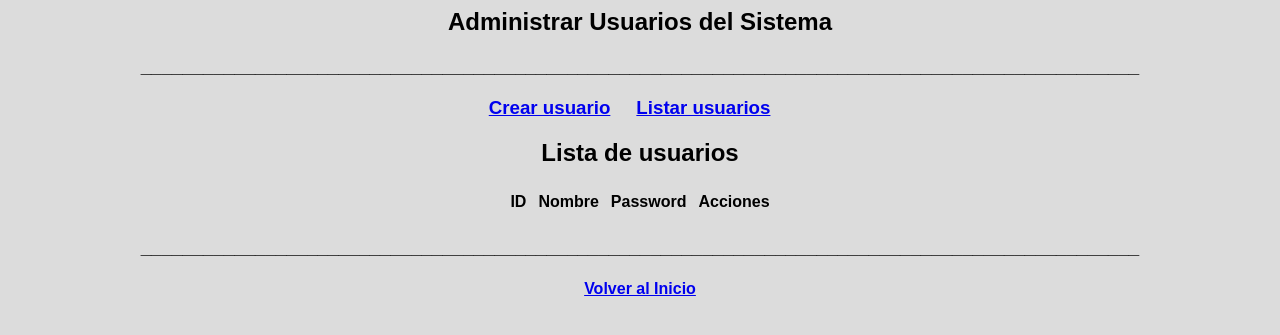
Repository: miguelalvarezcl/examen
Page: http://localhost/CtaCorriente/
The author's editor kept a copy of each file at every save. The page is drawn from the files as they stood at one save, then again after the next save.
The browser window is 1280 px wide. The pictures show the whole page.
The page is served by Tomcat 9. Queries for data that is not in the repository find no rows.

Above is the page before, as saved 2021-11-13 21:53:00.

After the next save:
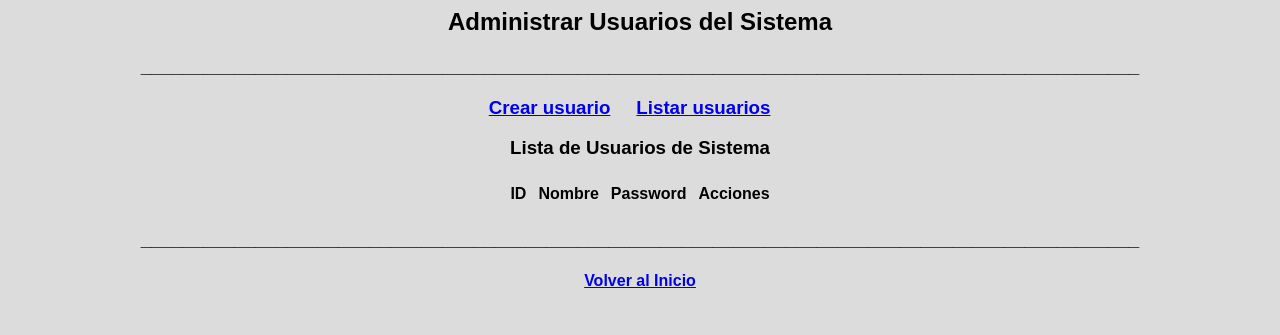
Saved 78 s later.
--- a/CtaCorriente/WebContent/ListaUsuarios.jsp
+++ b/CtaCorriente/WebContent/ListaUsuarios.jsp
@@ -19,7 +19,7 @@
     </center>
     <div align="center">
         <table border="0" cellpadding="5">
-            <h2>Lista de usuarios</h2>
+            <h3>Lista de Usuarios de Sistema</h3>
             <tr>
                 <th>ID</th>
                 <th>Nombre</th>
